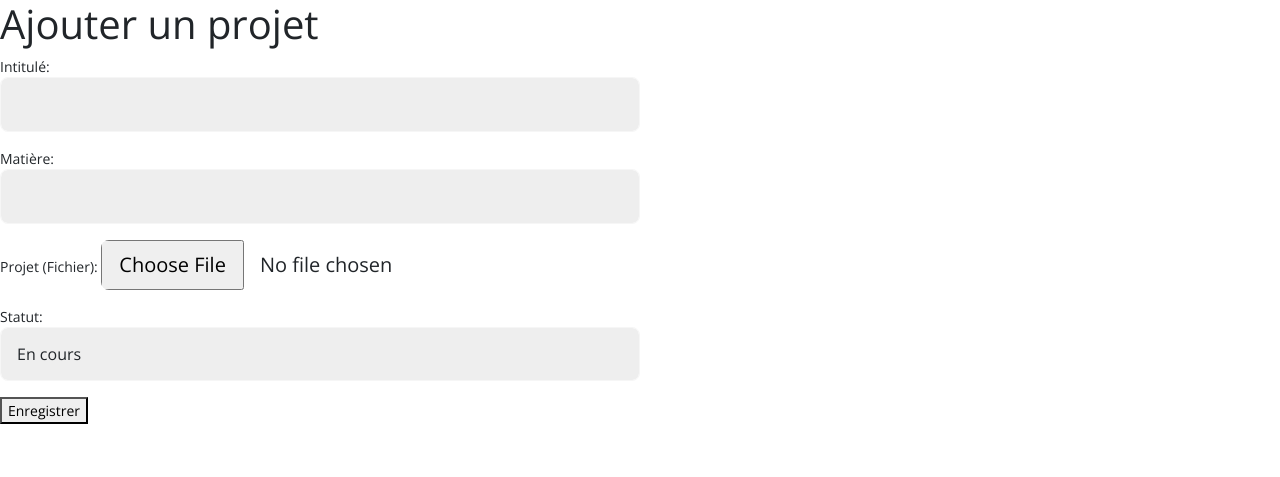
Repository: dimitri0004/Moodle
Page: http://localhost/enseignant/projet/ajouter
The author's editor kept a copy of each file at every save. The page is drawn from the files as they stood at one save, then again after the next save.
The browser window is 1280 px wide. The pictures show the whole page.
The page is served by the project's application, run on Django 4.2 (manage.py).

Above is the page before, as saved 2023-08-16 14:39:59.
Console error: TypeError: Cannot set properties of null (setting 'innerHTML')

After the next save:
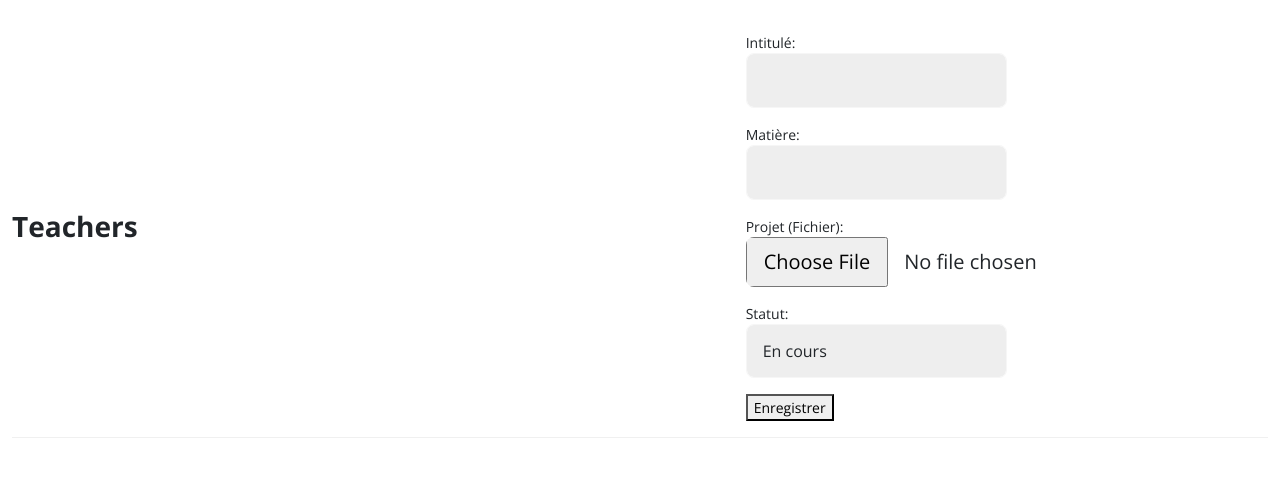
Saved 65 s later.
--- a/templates/Enseignant/projet.html
+++ b/templates/Enseignant/projet.html
@@ -7,16 +7,29 @@
     <title>Ajouter un projet</title>
 </head>
 <body>
-    <h1>Ajouter un projet</h1>
-    <form method="post" enctype="multipart/form-data">
-        {% csrf_token %}
-        <div class="col-6">
-            <div class="mb-2">
-            {{ form.as_p }}
+    <div class="body d-flex py-lg-3 py-md-2">
+        <div class="container-xxl">
+            <div class="row">
+                <div class="col-md-12">
+                    <div class="card border-0 mb-4 no-bg">
+                        <div class="card-header py-3 px-0 d-flex align-items-center  justify-content-between border-bottom">
+                            <h3 class=" fw-bold flex-fill mb-0">Teachers</h3>
+
+                            <form method="post" enctype="multipart/form-data">
+                                {% csrf_token %}
+                                <div class="col-6">
+                                    <div class="mb-2">
+                                    {{ form.as_p }}
+                                    </div>
+                                </div>
+                                <button type="submit">Enregistrer</button>
+                            </form>
+                       </div>
+                    </div>
+                </div>
             </div>
         </div>
-        <button type="submit">Enregistrer</button>
-    </form>
+    </div>
 </body>
 </html>
 
